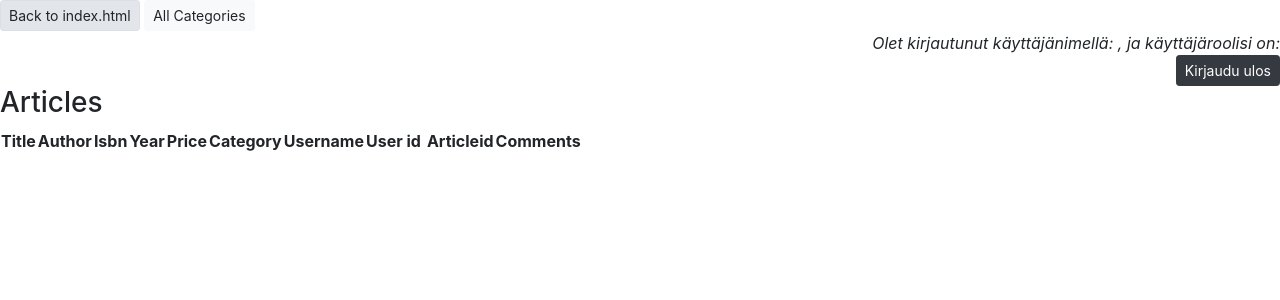
Repository: LiljestromNadja/Backend_s2023_harjoitustyo
Page: http://localhost/articlelist
An editor plug-in stored every save of this project. The page is shown before and after the next save, followed by the edit.
The browser window is 1280 px wide. The pictures show the whole page.
The page is this project's Thymeleaf template; nobody is signed in. The template is opened directly, without the code that normally fills it, so the values that code supplies are empty.

Above is the page before, as saved 2023-11-09 18:12:12.

After the next save:
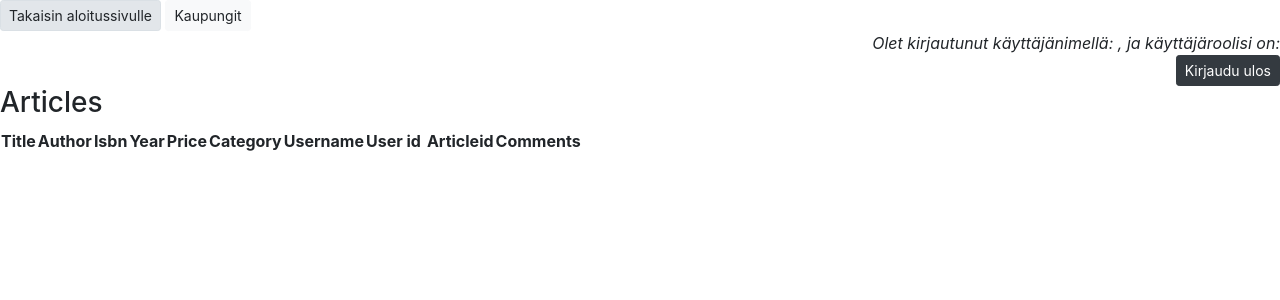
Saved 42 s later.
--- a/harkkas23v01/src/main/resources/templates/articlelist.html
+++ b/harkkas23v01/src/main/resources/templates/articlelist.html
@@ -9,8 +9,8 @@
 </head>
 <body>
 	<div>
-		<a href="/index"><button class="text-left btn btn-light btn-sm">Back to index.html</button></a>
-		<a href="/cities"><button class="text-left btn btn-light btn-sm">All Categories</button></a>
+		<a href="/index"><button class="text-left btn btn-light btn-sm">Takaisin aloitussivulle</button></a>
+		<a href="/cities"><button class="text-left btn btn-light btn-sm">Kaupungit</button></a>
 	</div>
 
 	<div class="text-right">
